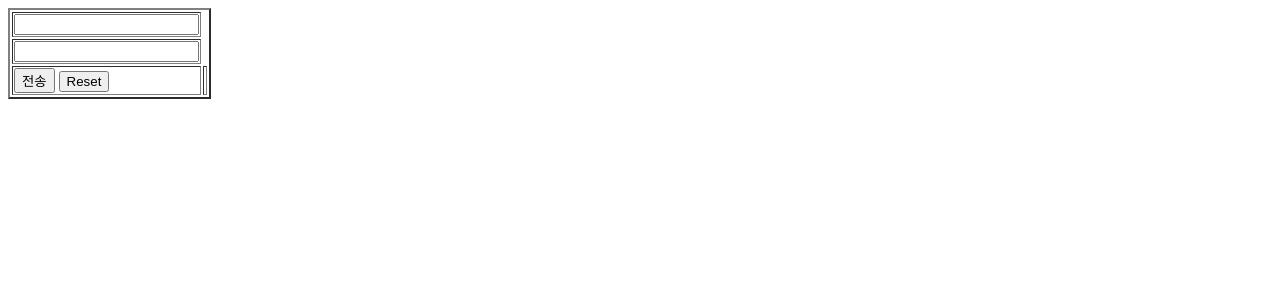
Repository: qodydrjs/JSPproject
Page: http://localhost/HomePageJSP/LoginPage.jsp
The author's editor kept a copy of each file at every save. The page is drawn from the files as they stood at one save, then again after the next save.
The browser window is 1280 px wide. The pictures show the whole page.
The page is served by Tomcat 9.

Above is the page before, as saved 2017-12-31 13:35:25.

After the next save:
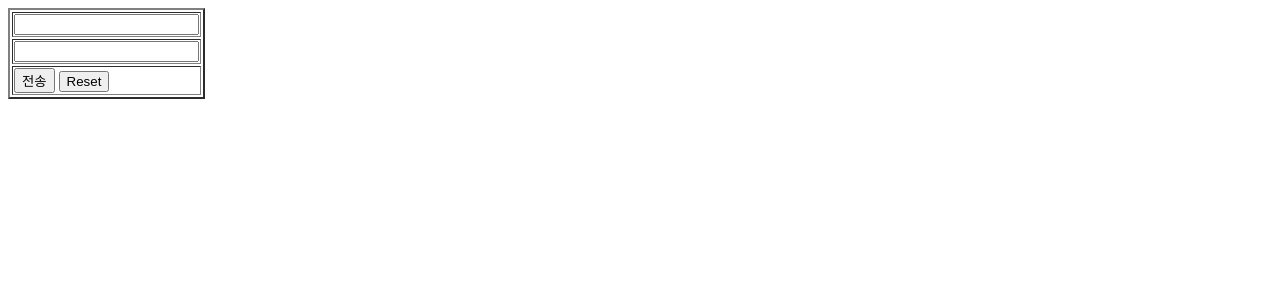
Saved 2 s later.
--- a/HomePageJSP/WebContent/LoginPage.jsp
+++ b/HomePageJSP/WebContent/LoginPage.jsp
@@ -25,9 +25,6 @@
  	 <input type="submit" value="전송">
  	 <input type="reset" value="Reset">
  	</td>
- 	<td>
-
- 	</td>
  </tr>
 
 </table>
